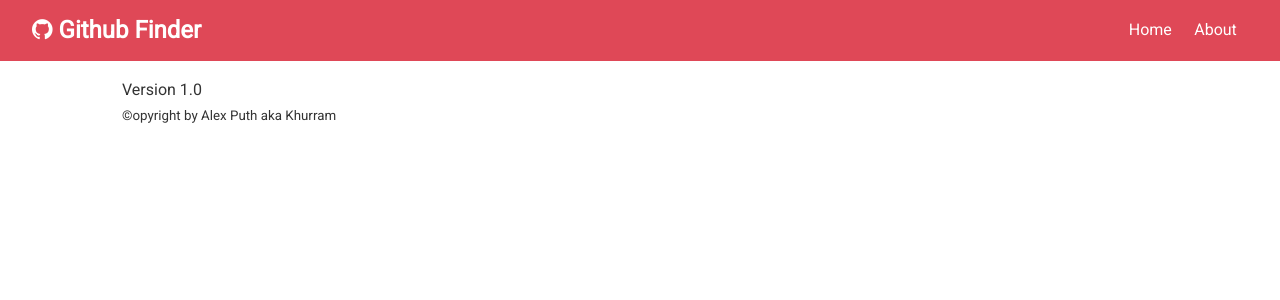
Repository: Abbaskhurram255/github-finder
Page: /about
These files come from the project's save history. The page is drawn as it stood at one moment and after the next save; the edit follows.
The browser window is 1280 px wide. The pictures show the whole page.
The page's requests for data from a server got no answer. The project was rebuilt for these pictures with package versions that can differ from the ones it lists, and the page was loaded fresh each time. No one was signed in, and anything a server would have sent is missing. Also part of the build but not shown: src/components/repos/RepoItem.js, src/components/repos/Repos.js, src/components/users/User.js, src/components/layout/Alert.js, src/components/users/Search.js, src/components/users/UserItem.js, src/components/users/Users.js, src/components/pages/Home.js and 1 more. Imported but missing from the stored project, and not drawn on this page: src/components/layout/Spinner.

Above is the page before, as saved 2020-12-19 22:05:31.

### public/index.html
<!DOCTYPE html>
<html lang="en">
  <head>
    <meta charset="utf-8" />
    <link rel="icon" href="%PUBLIC_URL%/favicon.ico" />
    <meta name="viewport" content="width=device-width, initial-scale=1" />
    <meta name="theme-color" content="#000000" />
    <meta
      name="description"
      content="Web site created using create-react-app"
    />
    <link rel="apple-touch-icon" href="%PUBLIC_URL%/logo192.png" />
    <link rel="manifest" href="%PUBLIC_URL%/manifest.json" />
    <link
      href="https://stackpath.bootstrapcdn.com/font-awesome/4.7.0/css/font-awesome.min.css"
      rel="stylesheet"
      integrity="sha384-wvfXpqpZZVQGK6TAh5PVlGOfQNHSoD2xbE+QkPxCAFlNEevoEH3Sl0sibVcOQVnN"
      crossorigin="anonymous"
    />
    <title>GitHub Finder</title>
  </head>
  <body>
    <noscript>You need to enable JavaScript to run this app.</noscript>
    <div id="root"></div>
  </body>
</html>

### src/App.js
import React, { useState } from 'react';
import { BrowserRouter as Router, Switch, Route } from 'react-router-dom';
import Navbar from './components/layout/Navbar';
import User from './components/users/User';
import Alert from './components/layout/Alert';
import Home from './components/pages/Home';
import NotFound from './components/pages/NotFound';
import About from './components/pages/About';

import GithubState from './context/github/GithubState';
import AlertState from './context/alert/AlertState';

import './App.css';

const App = () => {
  useState(null);

  return (
    <GithubState>
      <AlertState>
        <Router>
          <div className="app">
            <Navbar title="Github Finder" icon="fa fa-github" />
            <div className="container">
              <Alert />
              <Switch>
                <Route exact path="/" component={Home} />
                <Route exact path="/about" component={About} />
                <Route exact path="/user/:login" component={User} />
                <Route component={NotFound} />
              </Switch>
            </div>
          </div>
        </Router>
      </AlertState>
    </GithubState>
  );
};

export default App;

### src/components/layout/Navbar.js
import React from 'react';
import PropTypes from 'prop-types';
import { Link } from 'react-router-dom';

const Navbar = ({ icon, title }) => {
  return (
    <nav className="navbar bg-primary">
      <h1>
        <i className={icon} aria-hidden="true"></i> {title}
      </h1>
      <ul>
        <li>
          <Link to="/">Home</Link>
        </li>
        <li>
          <Link to="/about">About</Link>
        </li>
      </ul>
    </nav>
  );
};

Navbar.defaultProps = {
  title: 'Github Finder',
  icon: 'fa fa-github'
};

Navbar.propTypes = {
  title: PropTypes.string.isRequired,
  icon: PropTypes.string.isRequired
};

export default Navbar;

### src/components/pages/About.js
import React, { Fragment } from 'react';

const About = () => {
  return (
    <Fragment>
      <p>Version 1.0</p>
      <small id='ab'>&copy;opyright by Alex Puth aka Khurram</small>
    </Fragment>
  );
};

export default About;

### src/context/github/GithubState.js
import React, { useReducer } from 'react';
import axios from 'axios';
import GithubContext from './githubContext';
import GithubReducer from './githubReducer';
import {
  SEARCH_USERS,
  SET_LOADING,
  CLEAR_USERS,
  GET_USER,
  GET_REPOS
} from '../types';

let githubClientId;
let githubClientSecret;

if (process.env.NODE_ENV !== 'production') {
  githubClientId = process.env.REACT_APP_GITHUB_CLIENT_ID;
  githubClientSecret = process.REACT_APP_GITHUB_CLIENT_SECRET;
} else {
  githubClientId = process.env.GITHUB_CLIENT_ID;
  githubClientSecret = process.GITHUB_CLIENT_SECRET;
}

const GithubState = props => {
  const initialState = {
    users: [],
    user: {},
    repos: [],
    loading: false
  };

  const [state, dispatch] = useReducer(GithubReducer, initialState);
  // Search Users
  const searchUsers = async text => {
    setLoading();

    const res = await axios.get(
      `https://api.github.com/search/users?q=${text}&client_id=${githubClientId}&client_secret=${githubClientSecret})`
    );

    dispatch({
      type: SEARCH_USERS,
      payload: res.data.items
    });
  };

  // Get User
  const getUser = async username => {
    setLoading();

    const res = await axios.get(
      `https://api.github.com/users/${username}?client_id=${githubClientId}&client_secret=${githubClientSecret})`
    );

    dispatch({
      type: GET_USER,
      payload: res.data
    });
  };

  // Get Repos
  const getUserRepos = async username => {
    setLoading();

    const res = await axios.get(
      `https://api.github.com/users/${username}/repos?per_page=5&sort=created:asc&client_id=${githubClientId}&client_secret=${githubClientSecret})`
    );

    dispatch({
      type: GET_REPOS,
      payload: res.data
    });
  };

  // Clear Users
  const clearUsers = () =>
    dispatch({
      type: CLEAR_USERS
    });

  // Set Loading
  const setLoading = () => dispatch({ type: SET_LOADING });

  return (
    <GithubContext.Provider
      value={{
        users: state.users,
        user: state.user,
        repos: state.repos,
        loading: state.loading,
        searchUsers,
        clearUsers,
        getUser,
        getUserRepos
      }}
    >
      {props.children}
    </GithubContext.Provider>
  );
};

export default GithubState;

### src/context/alert/AlertState.js
import React, { useReducer } from 'react';

import AlertContext from './alertContext';
import AlertReducer from './alertReducer';
import { SET_ALERT, REMOVE_ALERT } from '../types';

const AlertState = props => {
  const initialState = null;

  const [state, dispatch] = useReducer(AlertReducer, initialState);

  // Set Alert
  const setAlert = (msg, type) => {
    dispatch({
      type: SET_ALERT,
      payload: { msg, type }
    });

    setTimeout(() => dispatch({ type: REMOVE_ALERT }), 5000);
  };

  return (
    <AlertContext.Provider
      value={{
        alert: state,
        setAlert
      }}
    >
      {props.children}
    </AlertContext.Provider>
  );
};

export default AlertState;

### src/context/github/githubReducer.js
import {
  SEARCH_USERS,
  SET_LOADING,
  CLEAR_USERS,
  GET_USER,
  GET_REPOS
} from '../types';

export default (state, action) => {
  switch (action.type) {
    case SEARCH_USERS:
      return {
        ...state,
        users: action.payload,
        loading: false
      };
    case GET_USER:
      return {
        ...state,
        user: action.payload,
        loading: false
      };
    case CLEAR_USERS:
      return {
        ...state,
        users: [],
        loading: false
      };
    case GET_REPOS:
      return {
        ...state,
        repos: action.payload,
        loading: false
      };
    case SET_LOADING:
      return {
        ...state,
        loading: true
      };
    default:
      return state;
  }
};

Loaded but not shown: src/index.js (common file); src/App.css (common file); src/context/github/githubContext.js (common file); src/context/alert/alertContext.js (common file); src/context/types.js (common file); src/context/alert/alertReducer.js (common file)

After the next save:
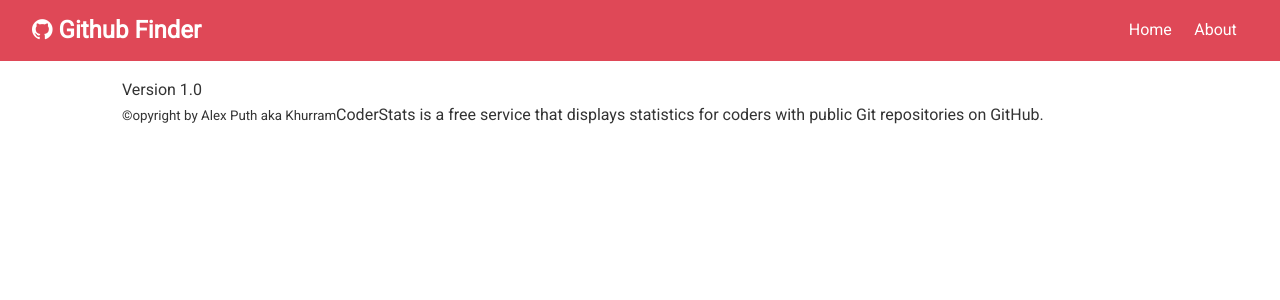
Saved 35 s later.
--- a/src/components/pages/About.js
+++ b/src/components/pages/About.js
@@ -5,6 +5,7 @@
     <Fragment>
       <p>Version 1.0</p>
       <small id='ab'>&copy;opyright by Alex Puth aka Khurram</small>
+      CoderStats is a free service that displays statistics for coders with public Git repositories on GitHub.
     </Fragment>
   );
 };
